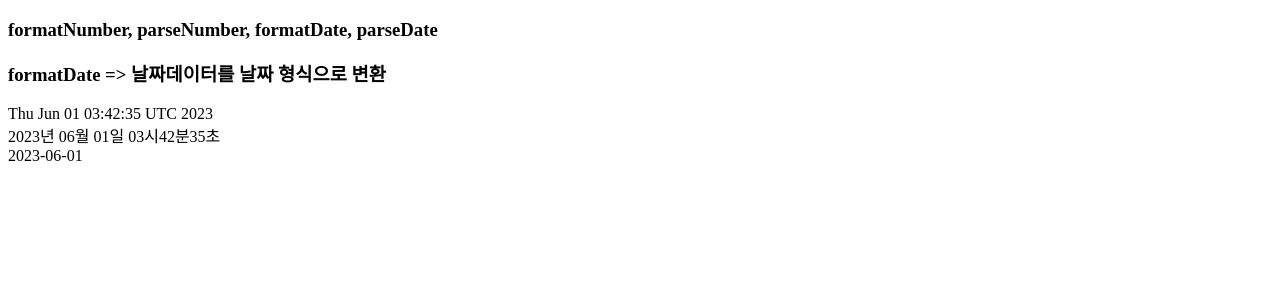
Repository: sun2898/JSP
Page: http://localhost/JSPBasic/JSTL/jstl_fmt.jsp
The author's editor kept a copy of each file at every save. The page is drawn from the files as they stood at one save, then again after the next save.
The browser window is 1280 px wide. The pictures show the whole page.
The page is served by Tomcat 9. Other server files are loaded and not shown.

Above is the page before, as saved 2023-06-07 06:23:35.

### JSPBasic/src/main/webapp/JSTL/jstl_fmt.jsp
<%@page import="java.util.Date"%>
<%@ page language="java" contentType="text/html; charset=UTF-8"
    pageEncoding="UTF-8"%>
<%@ taglib prefix="fmt" uri="http://java.sun.com/jsp/jstl/fmt" %>
<%@ taglib prefix="c" uri="http://java.sun.com/jsp/jstl/core" %>
<!DOCTYPE html>
<html>
<head>
<meta charset="UTF-8">
<title>Insert title here</title>
</head>
<body>

	<%--
	 fmt는 형변환을 다루는 기능을 가지고 있다.

	 Integer.parseInt() : String > int
	 parse -> 다른타입으로 형 변환
	 format -> 같은타입의 형태를 변환

	 날짜형태를 변환하는 것을 좀 더 주의깊게 공부할 것!
	 --%>

	<h3>formatNumber, parseNumber, formatDate, parseDate</h3>

	<h3>formatDate => 날짜데이터를 날짜 형식으로 변환</h3>

	<c:set var="a" value="<%=new Date() %>"/>

	${a } <!-- Wed Jun 07 15:19:02 KST 2023 -->
	<br>
	<fmt:formatDate var="a01" value="${a }" pattern="yyyy년 MM월 dd일 HH시mm분ss초"/>
	<fmt:formatDate var="a02" value="${a }" pattern="yyyy-MM-dd"/>
	${a01 }<br>
	${a02 }<br>










</body>
</html>

After the next save:
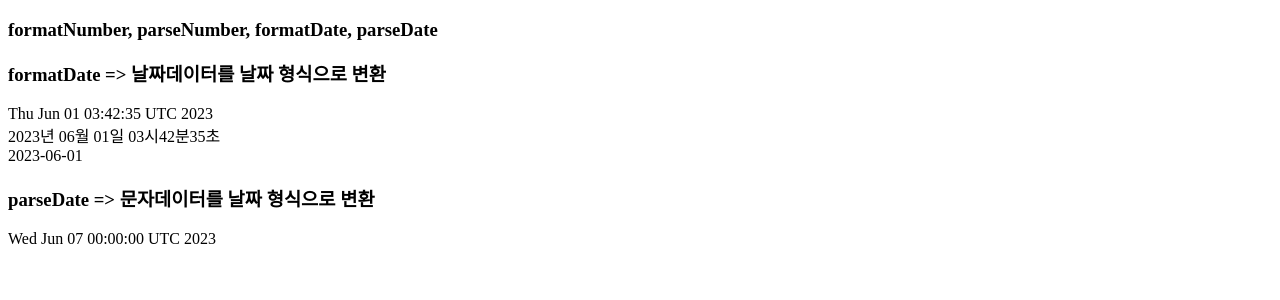
Saved 2 min 52 s later.
--- a/JSPBasic/src/main/webapp/JSTL/jstl_fmt.jsp
+++ b/JSPBasic/src/main/webapp/JSTL/jstl_fmt.jsp
@@ -34,6 +34,10 @@
 	${a01 }<br>
 	${a02 }<br>
 
+	<h3>parseDate => 문자데이터를 날짜 형식으로 변환</h3>
+
+	<c:set var="b" value="2023-06-07"></c:set>
+	<fmt:parseDate value="${b }" pattern="yyyy-MM-dd"/>
 
 
 
